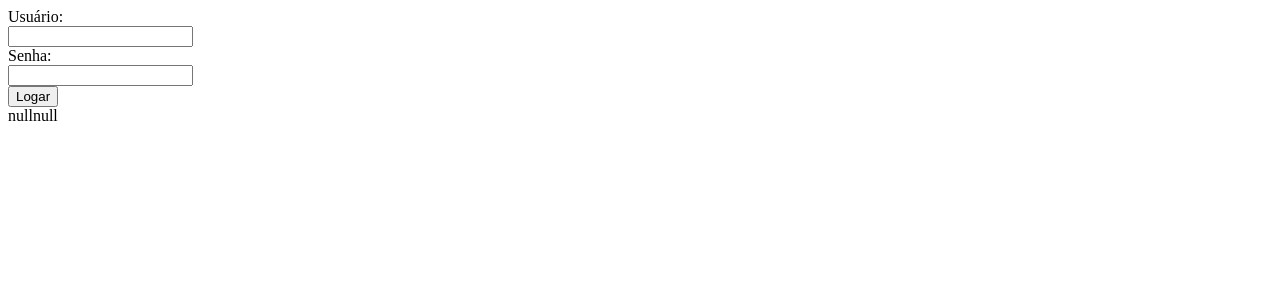
Repository: fcampara/java-web-begin
Page: http://localhost/JavaWeb/Login.jsp
These files come from the project's save history. The page is drawn as it stood at one moment and after the next save; the edit follows.
The browser window is 1280 px wide. The pictures show the whole page.
The page is served by Tomcat 9. Other server files are loaded and not shown.

Above is the page before, as saved 2018-09-04 19:08:05.

### JavaWeb/WebContent/Login.jsp
<%@ page language="java" contentType="text/html; charset=ISO-8859-1" pageEncoding="utf-8"%>
<!DOCTYPE html>
<html>
	<head>
		<meta charset="utf-8">
		<title>Insert title here</title>
	</head>

	<body>
		<form action="Login.jsp" method="post">
			Usuário: <br/><input type="text" name="usuario"/><br/>
			Senha: <br/><input type="password" name="senha"><br/>
			<input type="submit" value="Logar">
		</form>
		<%
			String usuario = request.getParameter("usuario");
			String senha = request.getParameter("password");
			out.print(usuario);
			out.print(senha);
			if (usuario != null && senha != null && !usuario.isEmpty() && !senha.isEmpty()) {
				session.setAttribute("usuario", usuario);
				response.sendRedirect("DadosPessoais.jsp");


			}
		%>
	</body>
</html>

After the next save:
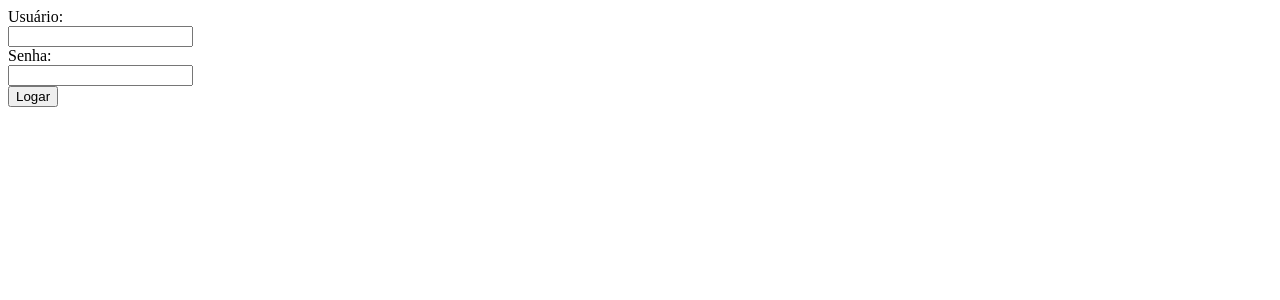
Saved 11 s later.
--- a/JavaWeb/WebContent/Login.jsp
+++ b/JavaWeb/WebContent/Login.jsp
@@ -14,9 +14,8 @@
 		</form>
 		<%
 			String usuario = request.getParameter("usuario");
-			String senha = request.getParameter("password");
-			out.print(usuario);
-			out.print(senha);
+			String senha = request.getParameter("senha");
+
 			if (usuario != null && senha != null && !usuario.isEmpty() && !senha.isEmpty()) {
 				session.setAttribute("usuario", usuario);
 				response.sendRedirect("DadosPessoais.jsp");
